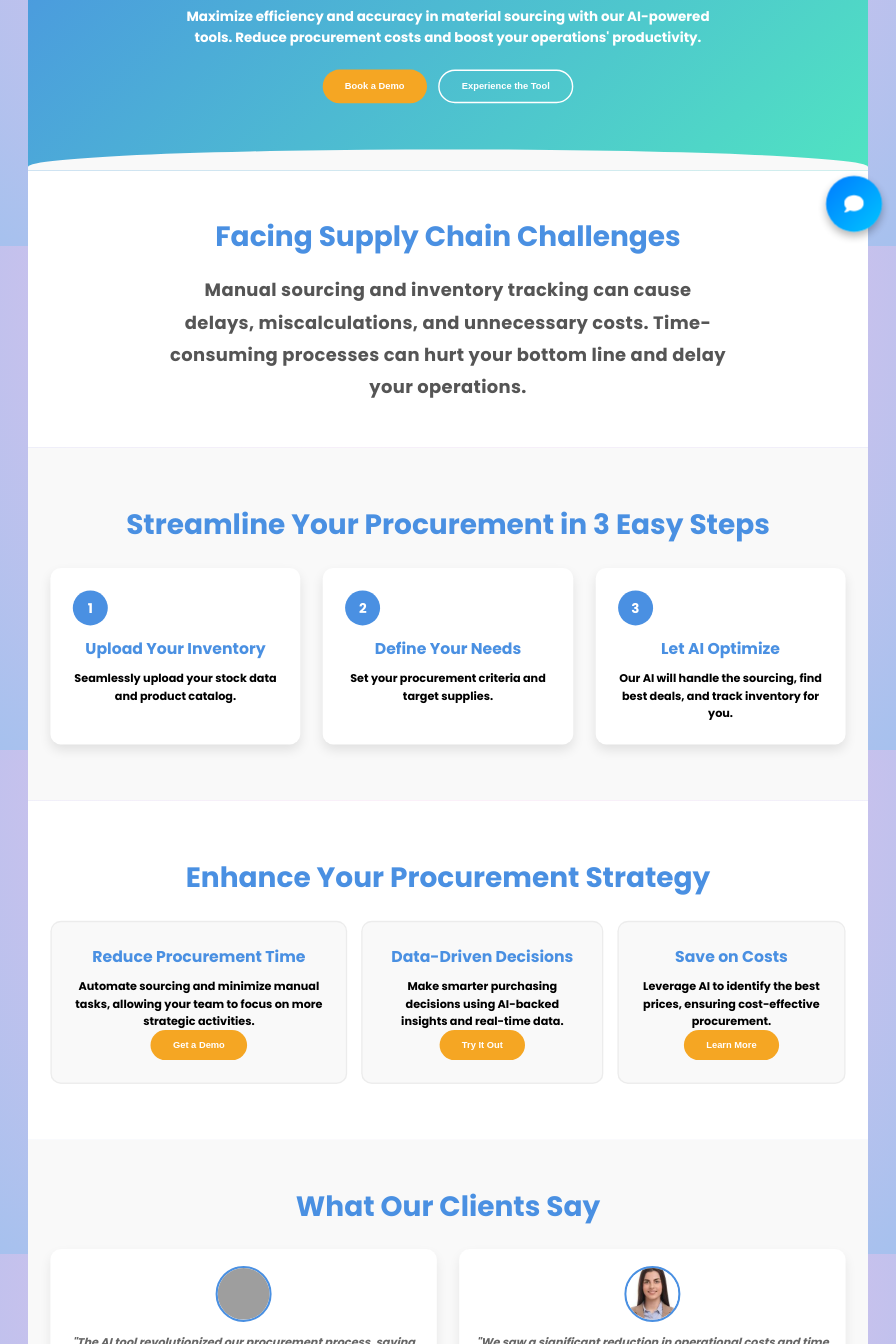
Repository: aabhashbasnet/SSNCorporation
Page: /who-we-serve/suppliers
An editor plug-in stored every save of this project. The page is shown before and after a run of saves, followed by the edit.
The browser window is 1280 px wide. The pictures show the part of the page from y = 369 to 2289 px (the page is 3077 px tall before and 3009 px after), at 70% of full size.
Pictures or frames that could not be fetched are drawn as grey boxes. The project was rebuilt for these pictures with package versions that can differ from the ones it lists, and the page was loaded fresh each time. Also part of the build but not shown: src/components/Main/Main.jsx, src/components/Working/Working.css, src/components/Working/Working.jsx, src/components/Footer/Footer.jsx, src/pages/OurMission/OurMission.jsx, src/pages/LoginSignUp/LoginSignUp.css, src/pages/LoginSignUp/LoginSignUp.jsx, src/pages/Industries/Industries.jsx and 12 more.

Above is the page before, as saved 2025-02-11 13:24:11.

After the next 6 saves:
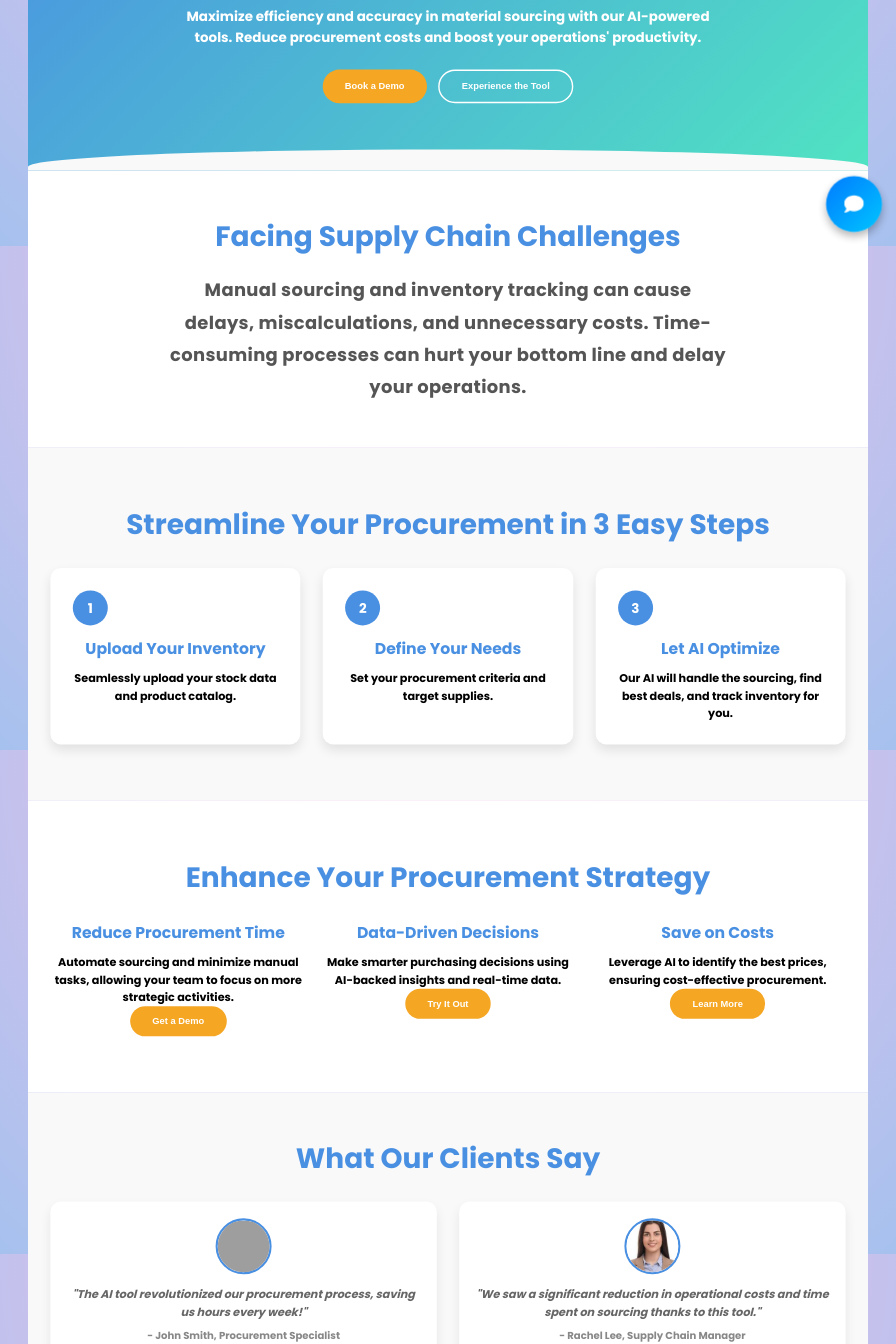
The 6 saves are shown as one change because they came seconds apart.
The last was saved 22 s later.
--- a/src/pages/WhoWeServe/Suppliers.css
+++ b/src/pages/WhoWeServe/Suppliers.css
@@ -177,11 +177,8 @@
   }
 
   .benefit {
-    background: #f9f9f9;
-    padding: 2rem;
-    border-radius: 15px;
-    border: 2px solid rgba(0, 0, 0, 0.05);
-    transition: all 0.3s ease;
+    flex: 1;
+    text-align: center;
   }
 
   .benefit:hover {
